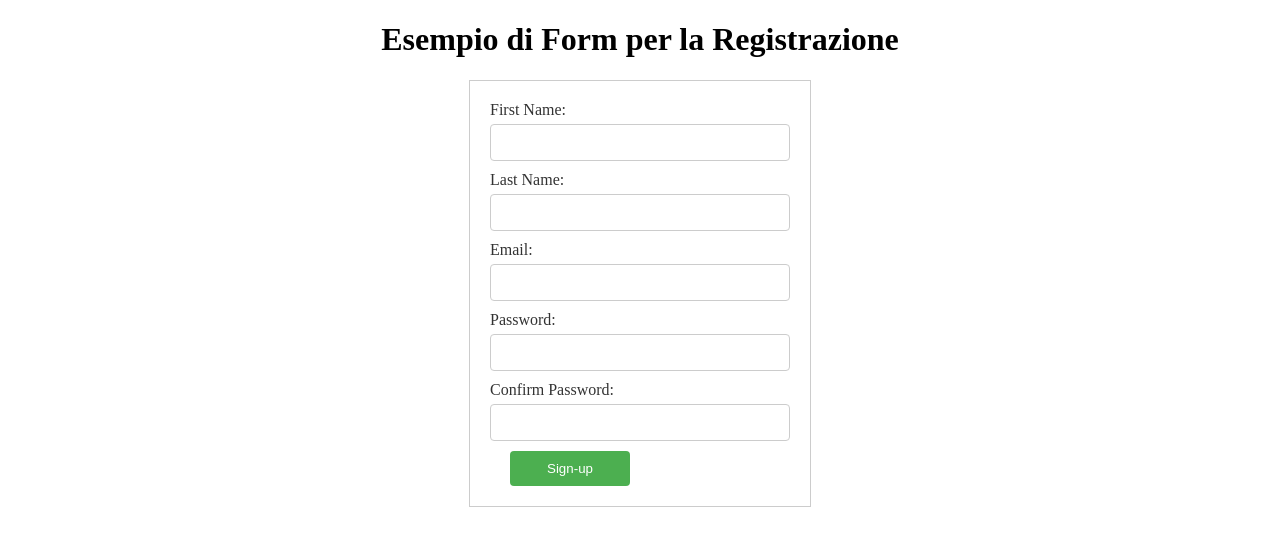
Repository: GiuuGpEEp/TerzoAnnoUni
Page: SAW/Esercizi/Form/Form.html
The author's editor kept a copy of each file at every save. The page is drawn from the files as they stood at one save, then again after the next save.
The browser window is 1280 px wide. The pictures show the whole page.

Above is the page before, as saved 2024-11-18 22:45:04.

After the next save:
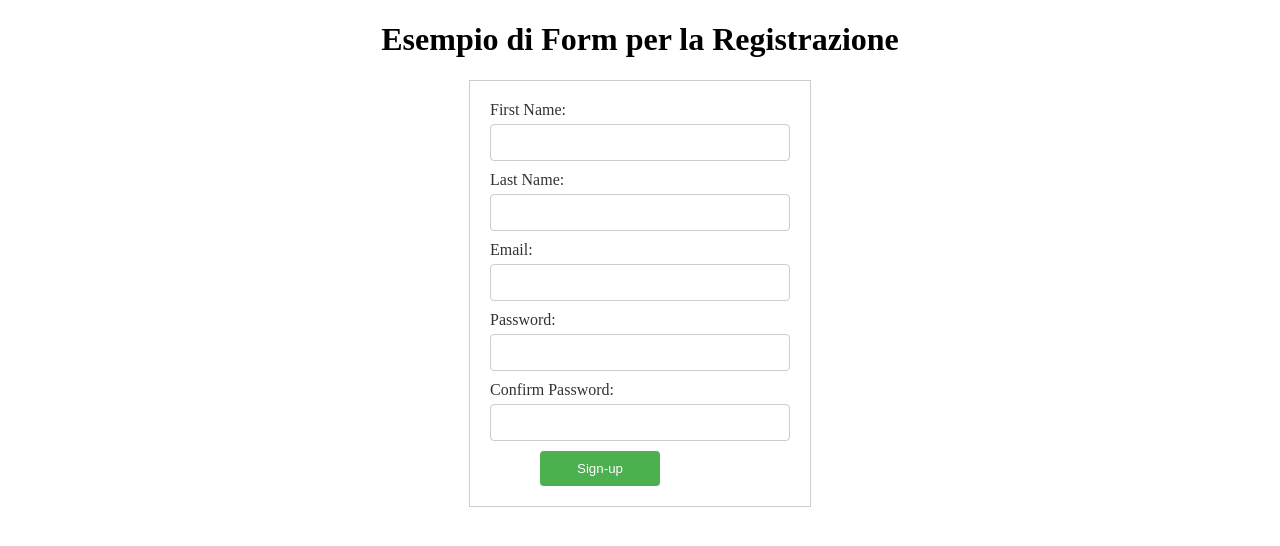
Saved 5 s later.
--- a/SAW/Esercizi/Form/Form.html
+++ b/SAW/Esercizi/Form/Form.html
@@ -35,7 +35,7 @@
               border: none;
               border-radius: 4px;
               cursor: pointer;
-              margin-left: 20px;
+              margin-left: 50px;
               width: 40%;
             }
 
